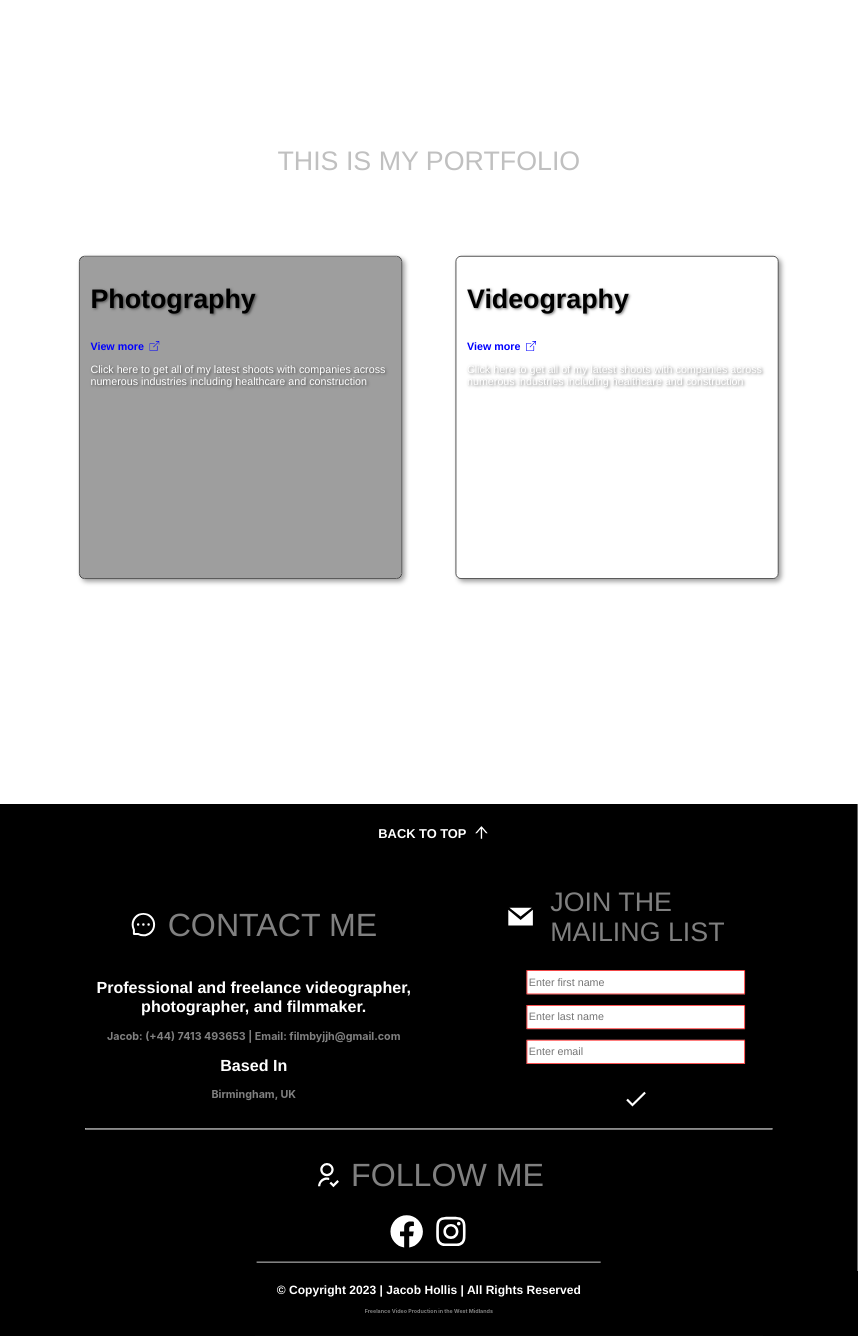
Repository: ThomasMTurner/filmbyjjh-portfolio
Page: /portfolio (app in client/)
An editor plug-in stored every save of this project. The page is shown before and after the next save, followed by the edit.
The browser window is 1280 px wide. The pictures show the whole page, at 67% of full size.
Pictures or frames that could not be fetched are drawn as grey boxes. The project was rebuilt for these pictures with package versions that can differ from the ones it lists, and the page was loaded fresh each time. Also part of the build but not shown: client/vite.config.js, client/src/pages/Components/TagComponents.jsx, client/src/pages/Components/Post.jsx, client/src/pages/Components/SearchBar.jsx, client/src/pages/Updates.jsx, client/src/pages/Contact.jsx, client/src/pages/Components/InitialLogin.jsx, client/src/pages/Home.jsx and 2 more. Imported but missing from the stored project, and not drawn on this page: client/src/pages/Components/Videos/header.mp4, client/src/pages/Components/Videos/portfolio-reel.mp4.

Above is the page before, as saved 2023-10-20 13:24:08.

After the next save:
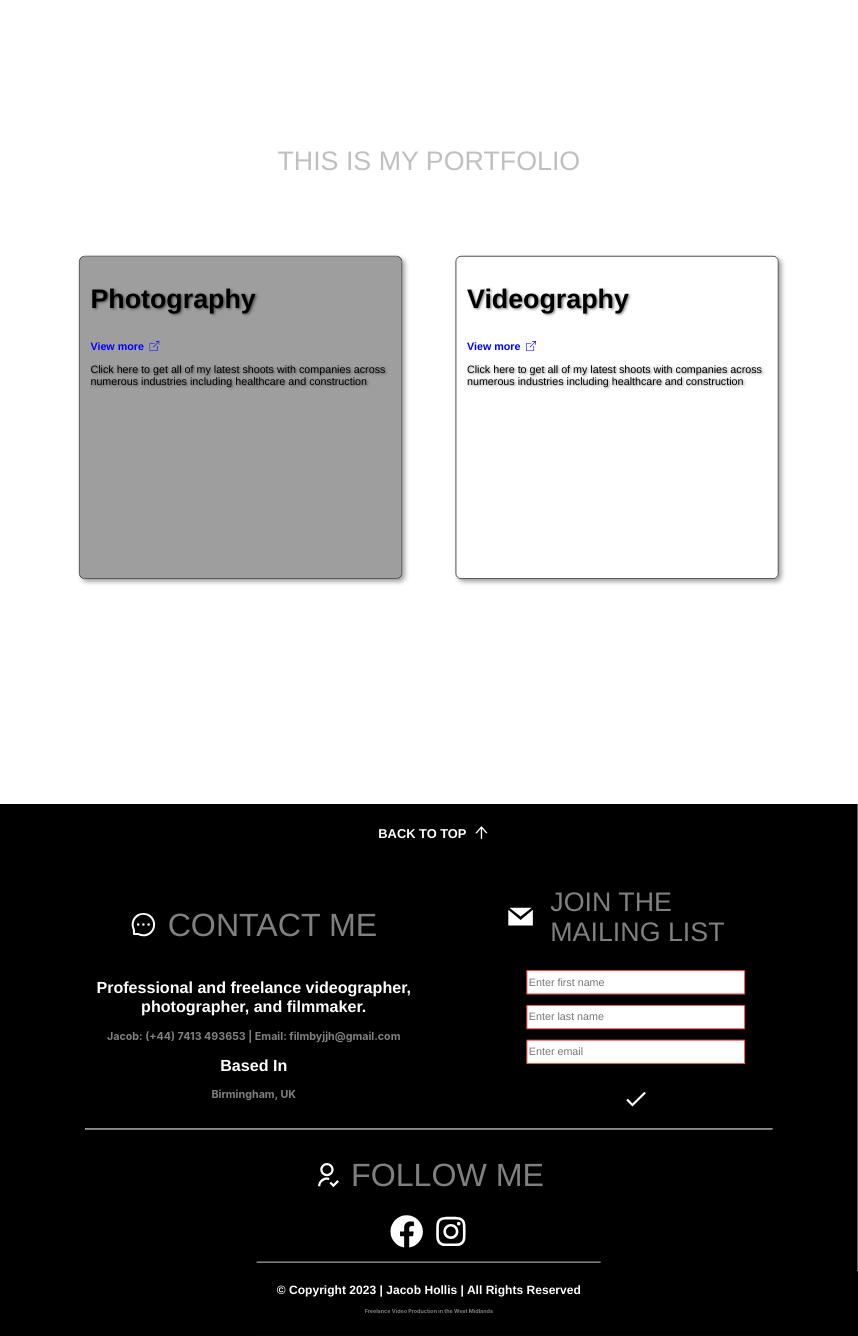
Saved 10 s later.
--- a/client/src/pages/Portfolio.jsx
+++ b/client/src/pages/Portfolio.jsx
@@ -10,7 +10,7 @@ const PortfolioCard = (props) => {
         <div onClick={() => navigate(`/portfolio/${props.title.toLowerCase().slice(0, 5)}`)} onMouseEnter={() => setHovering(true)} onMouseLeave={() => setHovering(false)} className={`portfolio-card portfolio-card-${props.title.toLowerCase()}`}>
             <p style={{fontFamily:'helvetica', fontWeight:'bold', fontSize:'2.5rem', color:'black'}}>{props.title}</p>
             <button className={`portfolio-card-button ${hovering ? 'portfolio-card-button-hover' : ''}`} type="button" onClick={() => navigate(`/portfolio/${props.title.toLowerCase().slice(0, 5)}`)}>View more <BsBoxArrowUpRight color={'blue'} size={15} /></button>
-            <p style={{fontFamily:'helvetica', fontWeight:'200', fontSize:'1rem', color:'white'}}>{props.desc}</p>
+            <p style={{fontFamily:'helvetica', fontWeight:'200', fontSize:'1rem', color:'black'}}>{props.desc}</p>
         </div>
     )
 }
